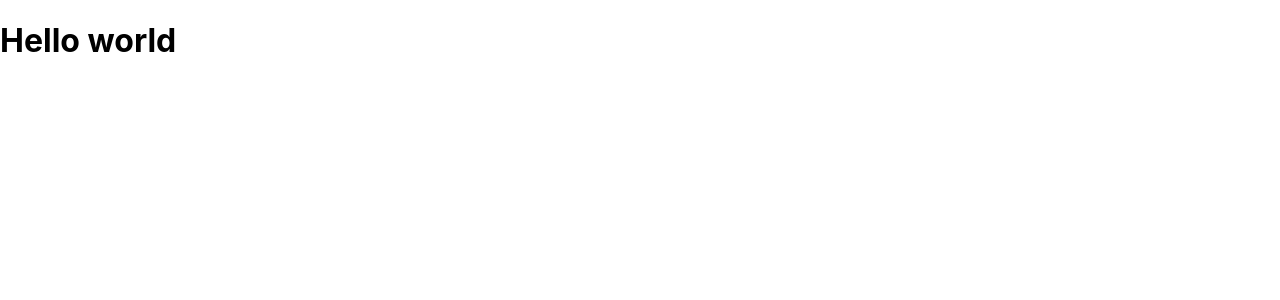
Repository: SbuKhoza/register
Page: /
The author's editor kept a copy of each file at every save. The page is drawn from the files as they stood at one save, then again after the next save.
The browser window is 1280 px wide. The pictures show the whole page.
The project was rebuilt for these pictures with package versions that can differ from the ones it lists, and the page was loaded fresh each time. Also part of the build but not shown: src/App.css.

Above is the page before, as saved 2024-07-18 08:06:04.

### src/App.js

import './App.css';
import Home from './Home'

function App() {
  return (
    <div className="App">
    <h1>Hello world</h1>

  </div>


  );
}

export default App;

### src/Home.js
function Home() {
    return (
      <div className="App">
     <h1>Hello world</h1>

    </div>


    );
  }






export default Home;

Loaded but not shown: public/index.html (common file); src/index.js (common file); src/index.css (common file); src/reportWebVitals.js (common file)

After the next save:
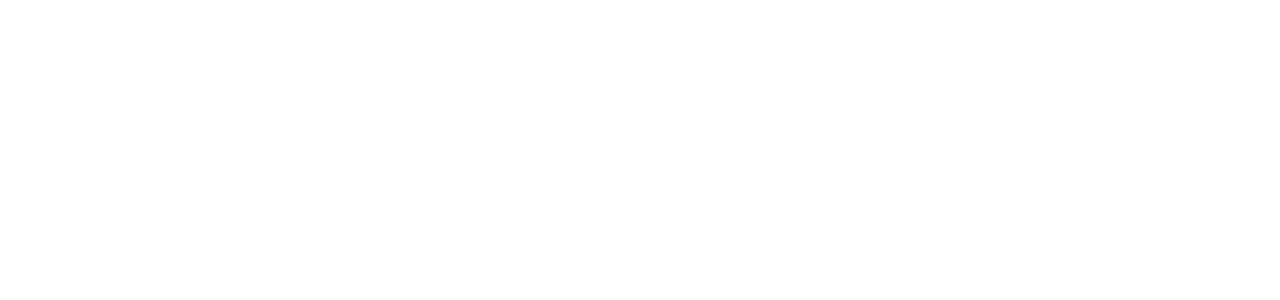
Saved 9 s later.
--- a/src/App.js
+++ b/src/App.js
@@ -5,7 +5,7 @@
 function App() {
   return (
     <div className="App">
-    <h1>Hello world</h1>
+
 
   </div>
 

After the 5 saves that followed:
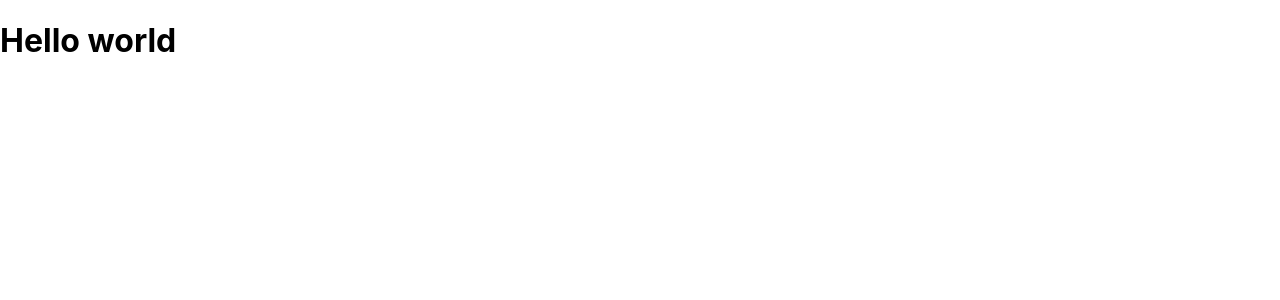
The 5 saves are shown as one change because they came seconds apart.
The last was saved 23 s later.
--- a/src/App.js
+++ b/src/App.js
@@ -5,7 +5,7 @@
 function App() {
   return (
     <div className="App">
-
+     <Home />
 
   </div>
 
